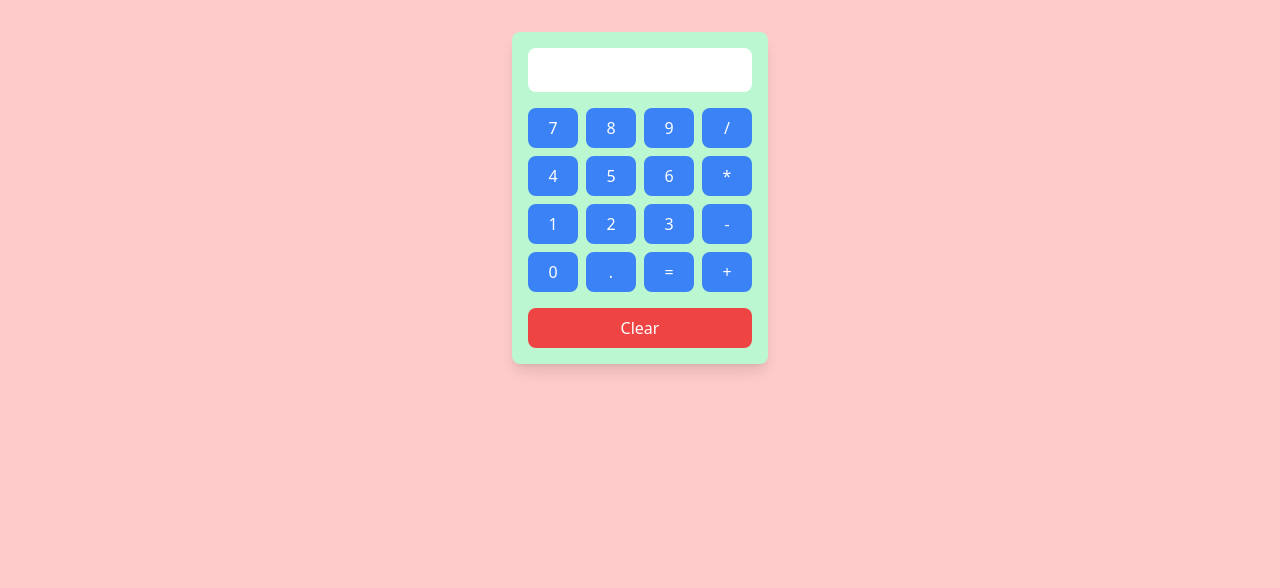
Repository: Sirinegaddour11/Calculator-App
Page: /
These files come from the project's save history. The page is drawn as it stood at one moment and after a run of saves; the edit follows.
The browser window is 1280 px wide. The pictures show the whole page.
The project was rebuilt for these pictures with package versions that can differ from the ones it lists, and the page was loaded fresh each time. The framework's server and built-in components were replaced by stand-ins that run in the browser. Also part of the build but not shown: next.config.mjs.

Above is the page before, as saved 2024-09-16 15:06:02.

After the next 6 saves:
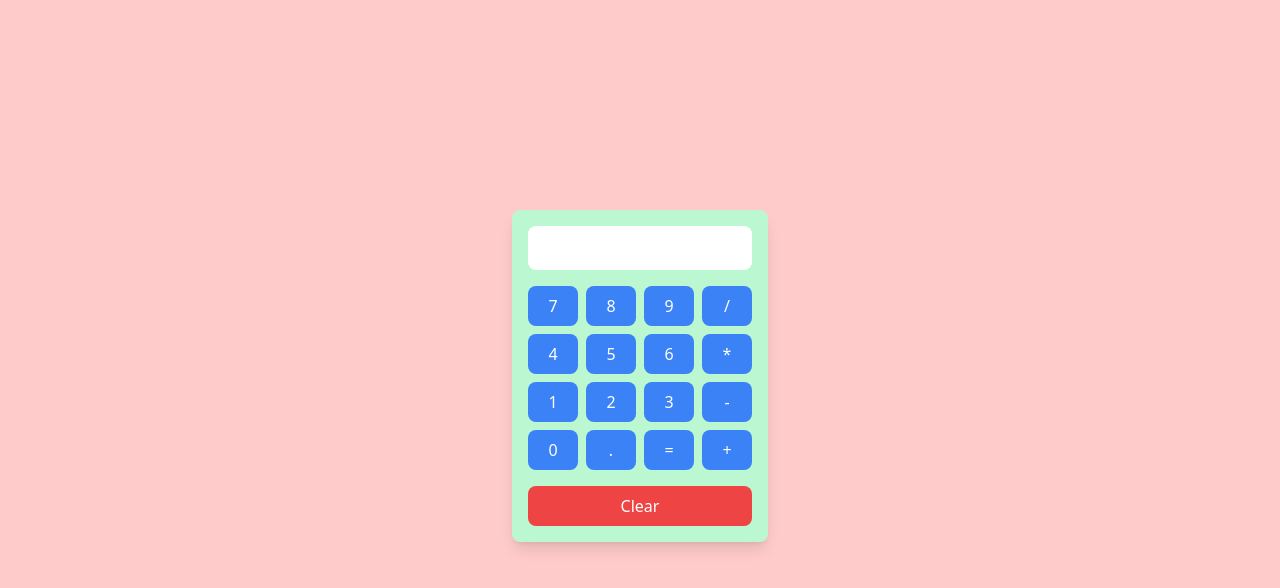
The 6 saves are shown as one change because they came seconds apart.
The last was saved 16 s later.
--- a/components/calculator.tsx
+++ b/components/calculator.tsx
@@ -17,7 +17,7 @@ const Calculator: React.FC = () => {
     setexpression("")
   }
   return (
-    <div className=" flex justify-cen">
+    <div className=" flex justify-center items-center h-screen">
       <div className="w-64 mx-auto mt-8 p-4 bg-green-200 rounded-lg shadow-lg ">
         <input
           type="text"
